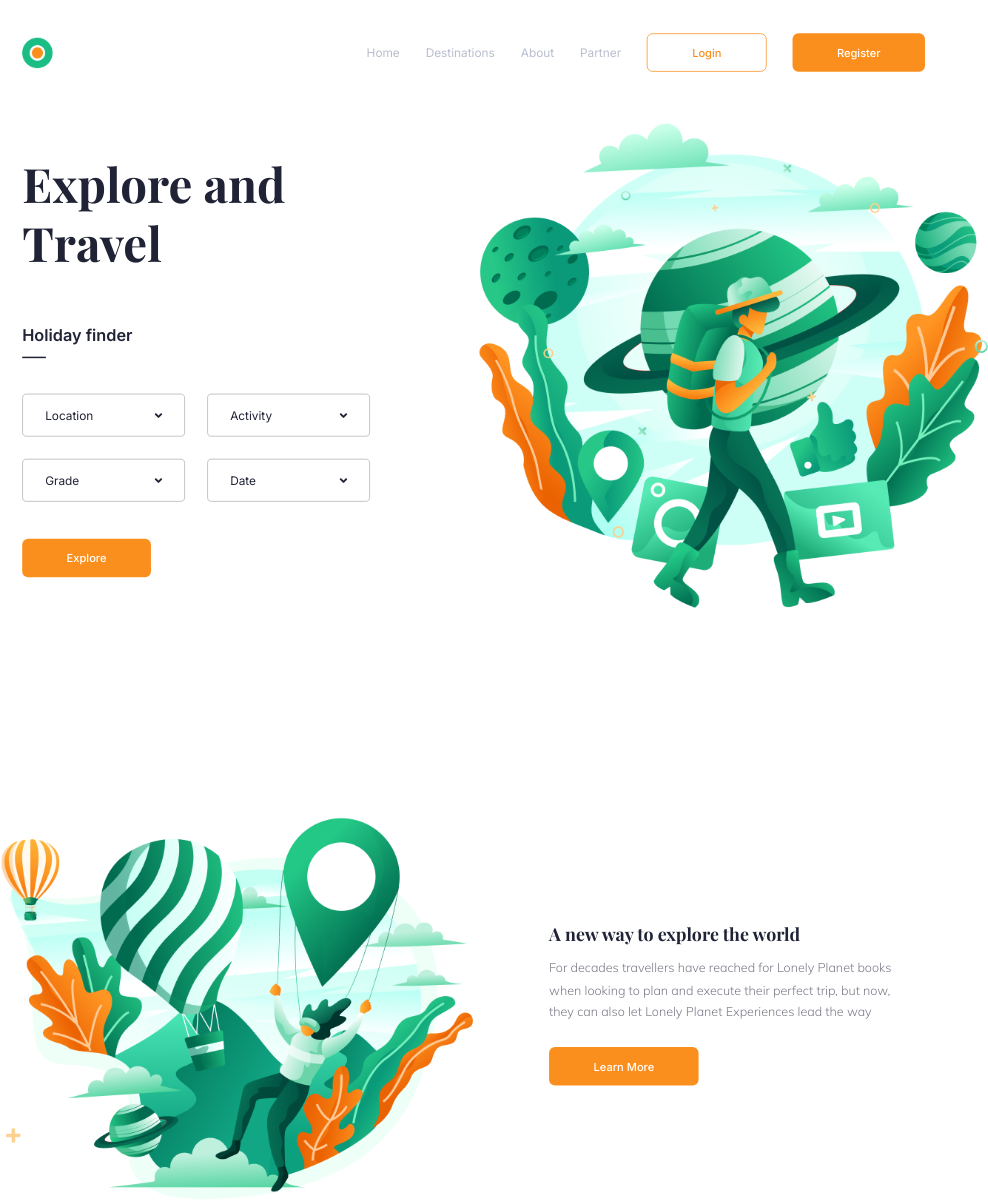
Repository: long5122000/sunny
Page: index.html
These files come from the project's save history. The page is drawn as it stood at one moment and after the next save; the edit follows.
The browser window is 1280 px wide. The page is 1335 px wide, so the pictures cover 1335 px, including what lies to the right of the window. The pictures show the whole page, at 74% of full size.
The style sheet was rebuilt from its Sass, Less or Tailwind sources for each picture, by a compiler version that may differ from the author's.

Above is the page before, as saved 2021-11-24 21:48:25.

### index.html
<!DOCTYPE html>
<html lang="en">
  <head>
    <meta charset="UTF-8" />
    <meta http-equiv="X-UA-Compatible" content="IE=edge" />
    <meta name="viewport" content="width=device-width, initial-scale=1.0" />
    <title>Thousand Sunny</title>
    <link rel="preconnect" href="https://fonts.googleapis.com" />
    <link rel="preconnect" href="https://fonts.gstatic.com" crossorigin />
    <link
      href="https://fonts.googleapis.com/css2?family=Inter:wght@400;500;600&family=Mulish:wght@300&family=Playfair+Display:wght@700&display=swap"
      rel="stylesheet"
    />
    <link
      rel="stylesheet"
      href="https://use.fontawesome.com/releases/v5.15.4/css/all.css"
      integrity="sha384-DyZ88mC6Up2uqS4h/KRgHuoeGwBcD4Ng9SiP4dIRy0EXTlnuz47vAwmeGwVChigm"
      crossorigin="anonymous"
    />
    <link rel="stylesheet" href="./css/app.css" />
  </head>
  <body>
    <div class="wrapper">
      <header class="header">
        <div class="container">
          <div class="header-main">
            <img srcset="./images/logo.png 2x" alt="" />
            <ul class="menu">
              <li class="menu-item">
                <a href="#" class="menu-link">Home</a>
              </li>
              <li class="menu-item">
                <a href="#" class="menu-link">Destinations</a>
              </li>
              <li class="menu-item">
                <a href="#" class="menu-link">About</a>
              </li>
              <li class="menu-item">
                <a href="#" class="menu-link">Partner</a>
              </li>
              <li class="menu-item">
                <a href="#" class="btn btn--secondary">Login</a>
              </li>
              <li class="menu-item">
                <a href="#" class="btn btn--primary">Register</a>
              </li>
            </ul>
          </div>
        </div>
      </header>
      <main>
        <section class="hero">
          <div class="container">
            <div class="hero-main">
              <div class="hero-content">
                <h1 class="heading hero-heading">Explore and Travel</h1>
                <div class="hero-caption">Holiday finder</div>
                <div class="hero-form">
                  <div class="dropdown">
                    <div class="dropdown-select">
                      <span class="dropdown-value">Location</span>
                      <i class="fas fa-angle-down"></i>
                    </div>
                    <div class="dropdown-list">
                      <div class="dropdown-item">title</div>
                      <div class="dropdown-item">title</div>
                      <div class="dropdown-item">title</div>
                    </div>
                  </div>
                  <div class="dropdown">
                    <div class="dropdown-select">
                      <span class="dropdown-value">Activity</span>
                      <i class="fas fa-angle-down"></i>
                    </div>
                    <div class="dropdown-list">
                      <div class="dropdown-item">title</div>
                      <div class="dropdown-item">title</div>
                      <div class="dropdown-item">title</div>
                    </div>
                  </div>
                  <div class="dropdown">
                    <div class="dropdown-select">
                      <span class="dropdown-value">Grade</span>
                      <i class="fas fa-angle-down"></i>
                    </div>
                    <div class="dropdown-list">
                      <div class="dropdown-item">title</div>
                      <div class="dropdown-item">title</div>
                      <div class="dropdown-item">title</div>
                    </div>
                  </div>
                  <div class="dropdown">
                    <div class="dropdown-select">
                      <span class="dropdown-value">Date</span>
                      <i class="fas fa-angle-down"></i>
                    </div>
                    <div class="dropdown-list">
                      <div class="dropdown-item">title</div>
                      <div class="dropdown-item">title</div>
                      <div class="dropdown-item">title</div>
                    </div>
                  </div>
                </div>
                <a href="#!" class="btn btn--primary">Explore</a>
              </div>
              <div class="hero-image">
                <img srcset="./images/img1.png 2x" alt="" />
              </div>
            </div>
          </div>
        </section>
        <section class="explore">
          <div class="container">
            <div class="explore-main">
              <div class="explore-image">
                <img srcset="./images/img2.png 2x" alt="" />
              </div>
              <div class="explore-content">
                <h2 class="heading explore-heading">
                  A new way to explore the world
                </h2>
                <p class="text explore-desc">
                  For decades travellers have reached for Lonely Planet books
                  when looking to plan and execute their perfect trip, but now,
                  they can also let Lonely Planet Experiences lead the way
                </p>
                <div class="btn btn--primary" href="!#">Learn More</div>
              </div>
            </div>
          </div>
        </section>
      </main>
    </div>
    <script src="scripts/app.js"></script>
  </body>
</html>

### sass/app.scss
@import "reset";
@import "variables";
@import "global";
@import "typography";
@import "header";
@import "menu";
@import "hero";
@import "explore";
@import "footer";

### sass/_variables.scss
$primary-font: "Inter", sans-serif;
$secondary-font: "Playfair Display", serif;
$third-font: "Mulish", sans-serif;
$gray: #b8becd;
$gray-dark: #afb0b9;
$gray-darker: #7d7987;
$gray-darkest: #202336;
$primary-color: #fb8f1d;

### sass/_global.scss
.wrapper {
  max-width: 1600px;
  margin: 0 auto;
}
.container {
  max-width: 1260px;
  margin: 0 auto;
  padding: 0 20px;
}
ul {
  list-style: none;
}
.btn {
  display: inline-flex;
  justify-content: center;
  align-items: center;
  cursor: pointer;
  font-size: 15px;
  font-weight: 500;
  font-family: $primary-font;
  line-height: 1;
  height: 52px;
  padding: 0 60px;
  border-radius: 8px;
  background-color: transparent;
  border: 0;
  outline: none;
  &--primary {
    color: white;
    background-color: $primary-color;
  }
  &--secondary {
    color: $primary-color;
    border: 1px solid currentColor;
  }
}
.dropdown {
  &-list {
    display: none;
  }
  &-select {
    display: flex;
    justify-content: space-between;
    align-items: center;
    padding: 20px 30px;
    border-radius: 6px;
    border: 1px solid $gray-dark;
    color: $gray-darkest;
    cursor: pointer;
  }
}

### sass/_typography.scss
body {
  font-family: $primary-font;
  font-size: 16px;
  line-height: 1;
  color: $gray;
}
.heading {
  font-family: $secondary-font;
  color: $gray-darkest;
  &--small {
    line-height: 139%;
    font-size: 36px;
  }
}
.text {
  font-weight: 300;
  line-height: 176%;
  font-size: 17px;
  color: $gray-darker;
  font-family: $third-font;
}

### sass/_header.scss
.header {
  padding-top: 45px;
  padding-bottom: 70px;
  &-main {
    display: flex;
    justify-content: space-between;
    align-items: center;
  }
}

### sass/_menu.scss
.menu {
  display: flex;
  align-items: center;
  gap: 0 35px;
  &-link {
    color: inherit;
  }
}

### sass/_hero.scss
.hero {
  margin-bottom: 270px;
  &-main {
    display: flex;
    justify-content: space-between;
    align-items: center;
  }
  &-heading {
    font-size: 64px;
    line-height: 125%;
    margin-bottom: 74px;
  }
  &-caption {
    font-size: 22px;
    font-weight: 600;
    margin-bottom: 48px;
    padding-bottom: 20px;
    display: inline-block;
    position: relative;
    color: $gray-darkest;
    &:before {
      content: "";
      position: absolute;
      bottom: 0;
      left: 0;
      width: 32px;
      height: 2px;
      background-color: $gray-darkest;
    }
  }
  &-content {
    width: 100%;
    max-width: 470px;
  }
  &-image {
    transform: translateX(85px);
  }
  &-form {
    margin-bottom: 50px;
    display: grid;
    grid-template-columns: 1fr 1fr;
    grid-gap: 30px;
  }
}

### sass/_explore.scss
.explore {
  &-main {
    display: flex;
    justify-content: space-between;
    align-items: center;
    gap: 0 50px;
  }
  &-content {
    max-width: 508px;
    padding-right: 27px;
  }
  &-image {
    transform: translateX(-50px);
  }
  &-heading {
    margin-bottom: 20px;
  }
  &-desc {
    margin-bottom: 33px;
  }
}

Loaded but not shown: sass/_reset.scss (common file); scripts/app.js (no stored copy; drawn as an empty file); sass/_footer.scss (no stored copy; drawn as an empty file)

After the next save:
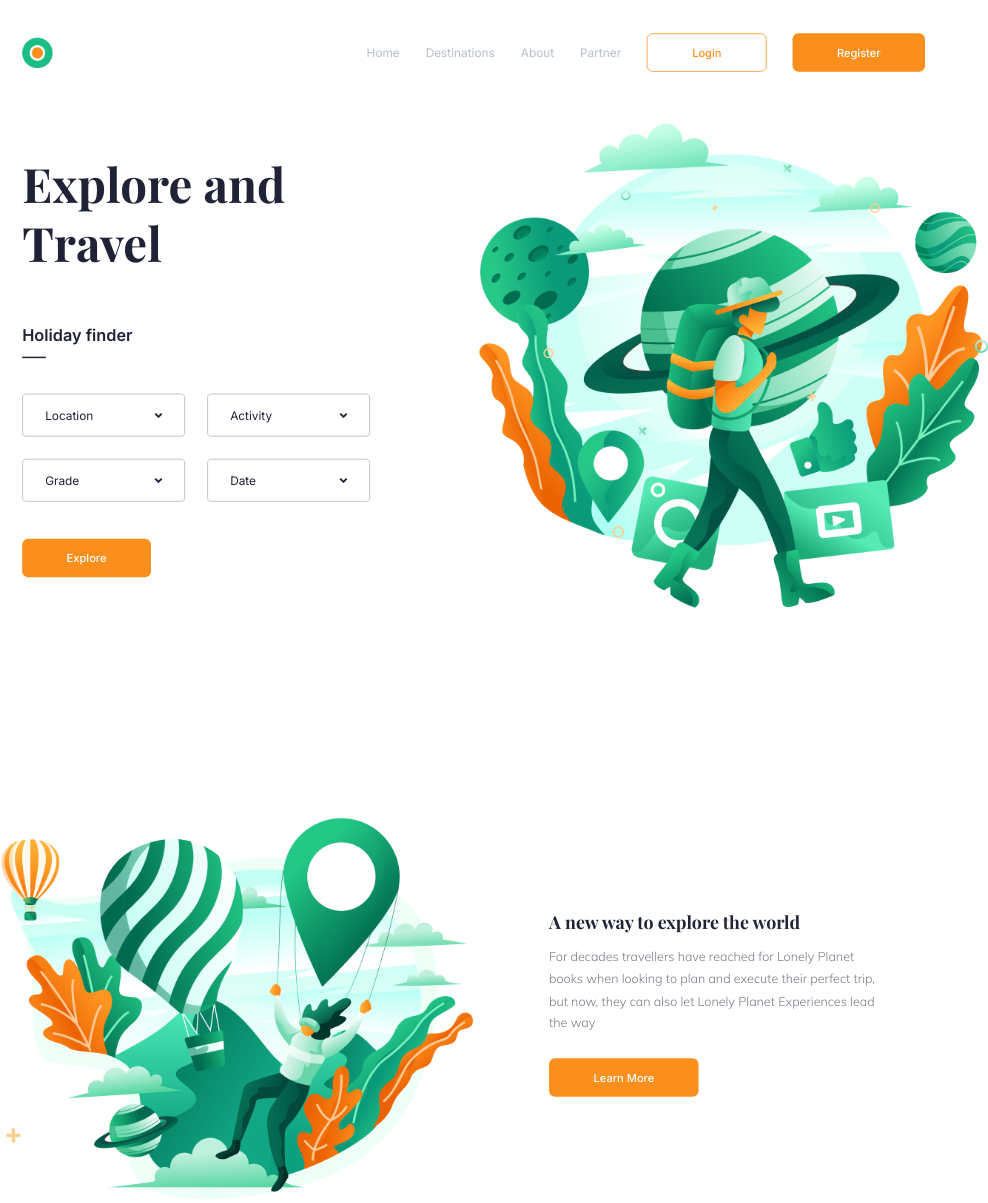
Saved 75 s later.
--- a/sass/_explore.scss
+++ b/sass/_explore.scss
@@ -7,7 +7,7 @@
   }
   &-content {
     max-width: 508px;
-    padding-right: 27px;
+    padding-right: 58px;
   }
   &-image {
     transform: translateX(-50px);
